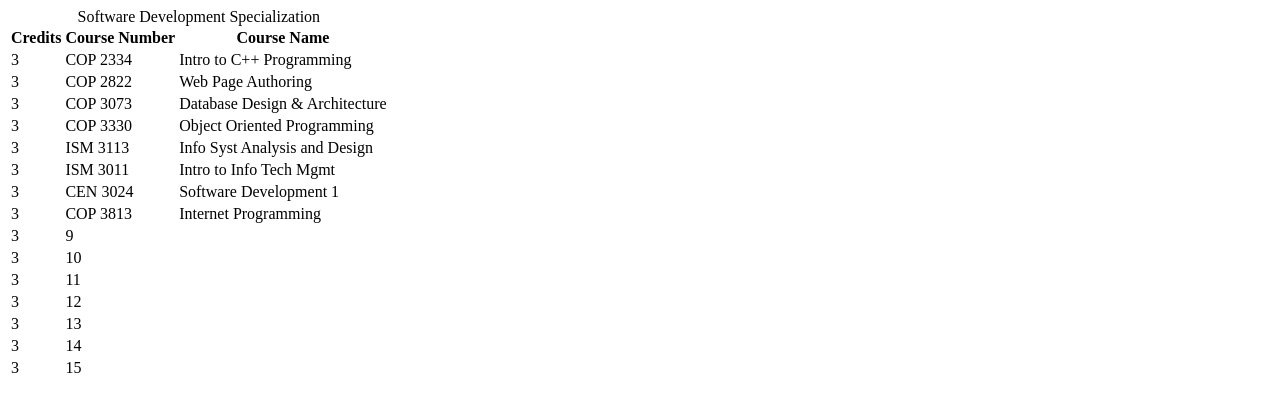
Repository: mlmEFSC21/P3-DegreeSpecializationTable
Page: index.html
The author's editor kept a copy of each file at every save. The page is drawn from the files as they stood at one save, then again after the next save.
The browser window is 1280 px wide. The pictures show the whole page.

Above is the page before, as saved 2022-01-30 20:38:31.

After the next save:
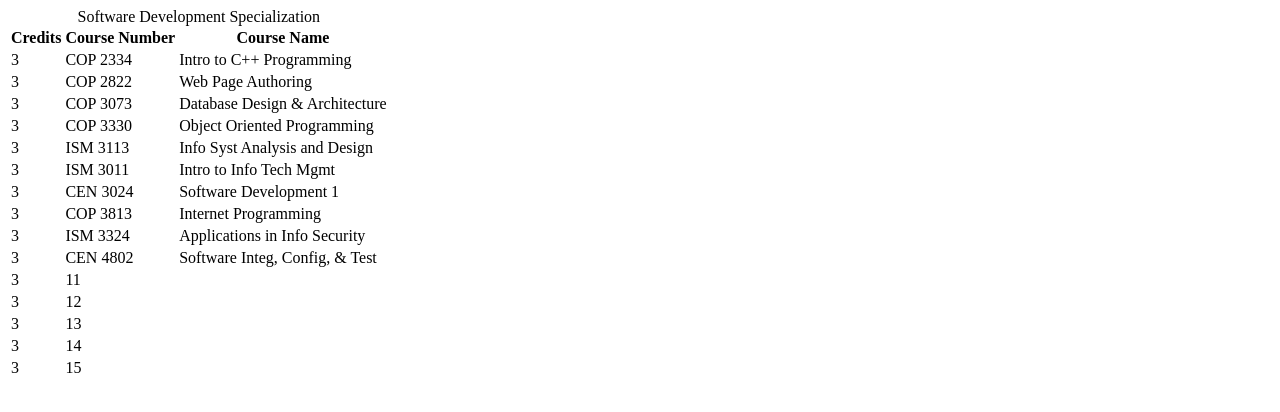
Saved 51 s later.
--- a/index.html
+++ b/index.html
@@ -58,13 +58,13 @@
             </tr>
             <tr>
                 <td>3</td>
-                <td>9</td>
-                <td></td>
+                <td>ISM 3324</td>
+                <td>Applications in Info Security</td>
             </tr>
             <tr>
                 <td>3</td>
-                <td>10</td>
-                <td></td>
+                <td>CEN 4802</td>
+                <td>Software Integ, Config, & Test</td>
             </tr>
             <tr>
                 <td>3</td>
